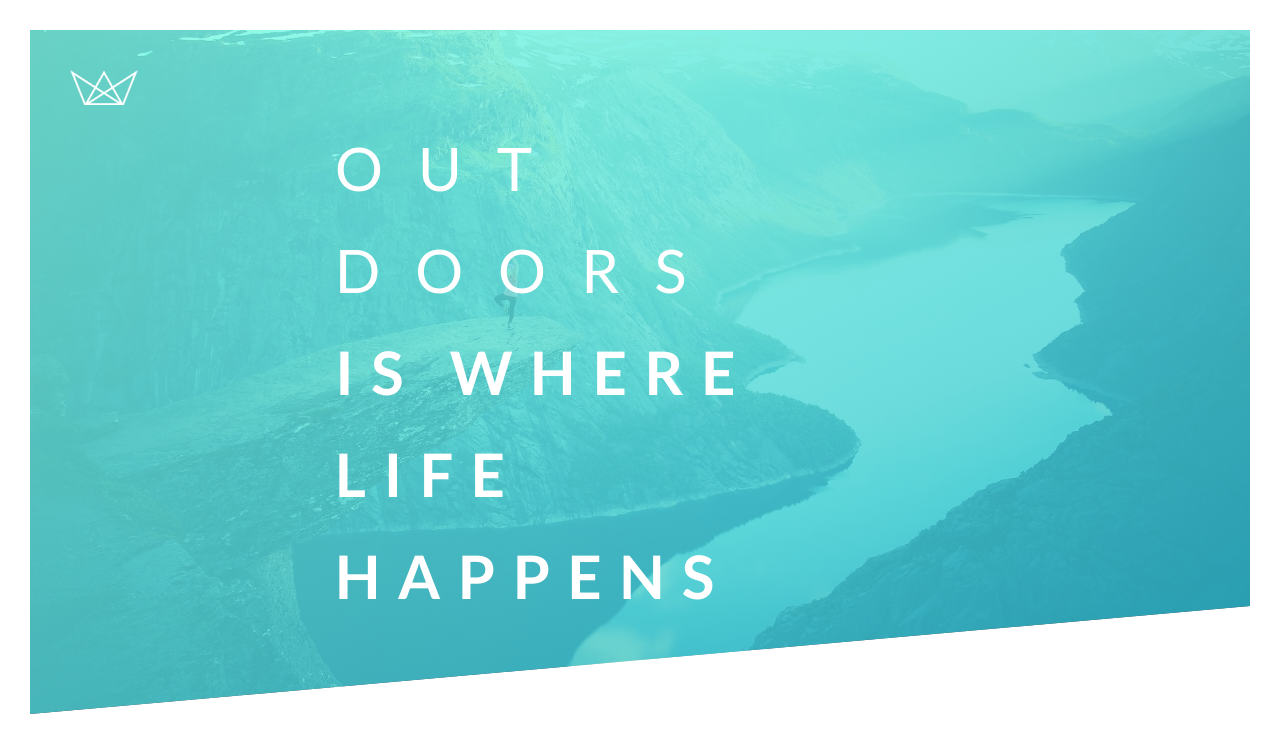
Repository: haokiet2501/natours-page
Page: index.html
These files come from the project's save history. The page is drawn as it stood at one moment and after the next save; the edit follows.
The browser window is 1280 px wide. The pictures show the whole page.

Above is the page before, as saved 2022-07-31 17:12:12.

After the next save:
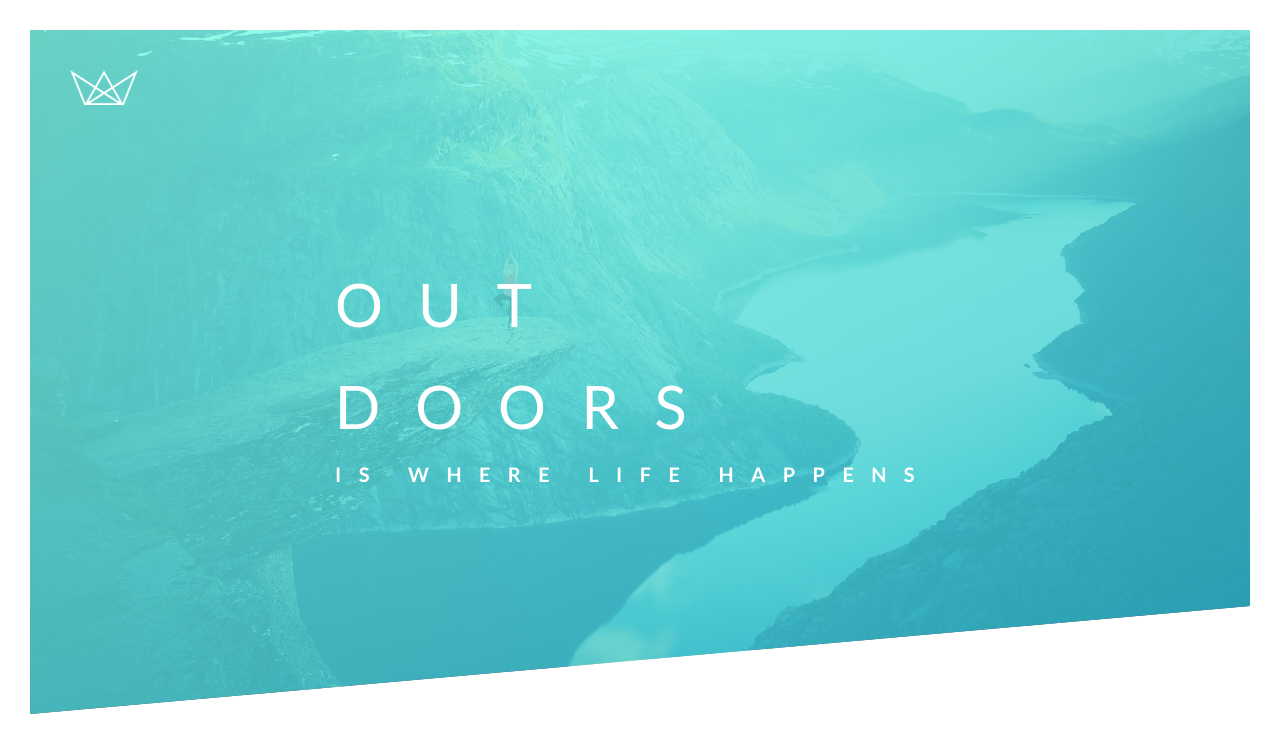
Saved 36 s later.
--- a/styles.css
+++ b/styles.css
@@ -69,7 +69,7 @@ html {
 
 .heading-subtext {
     display: block;
-    font-size: 60px;
+    font-size: 20px;
     font-weight: 700;
     letter-spacing: 17.4px;
 }
